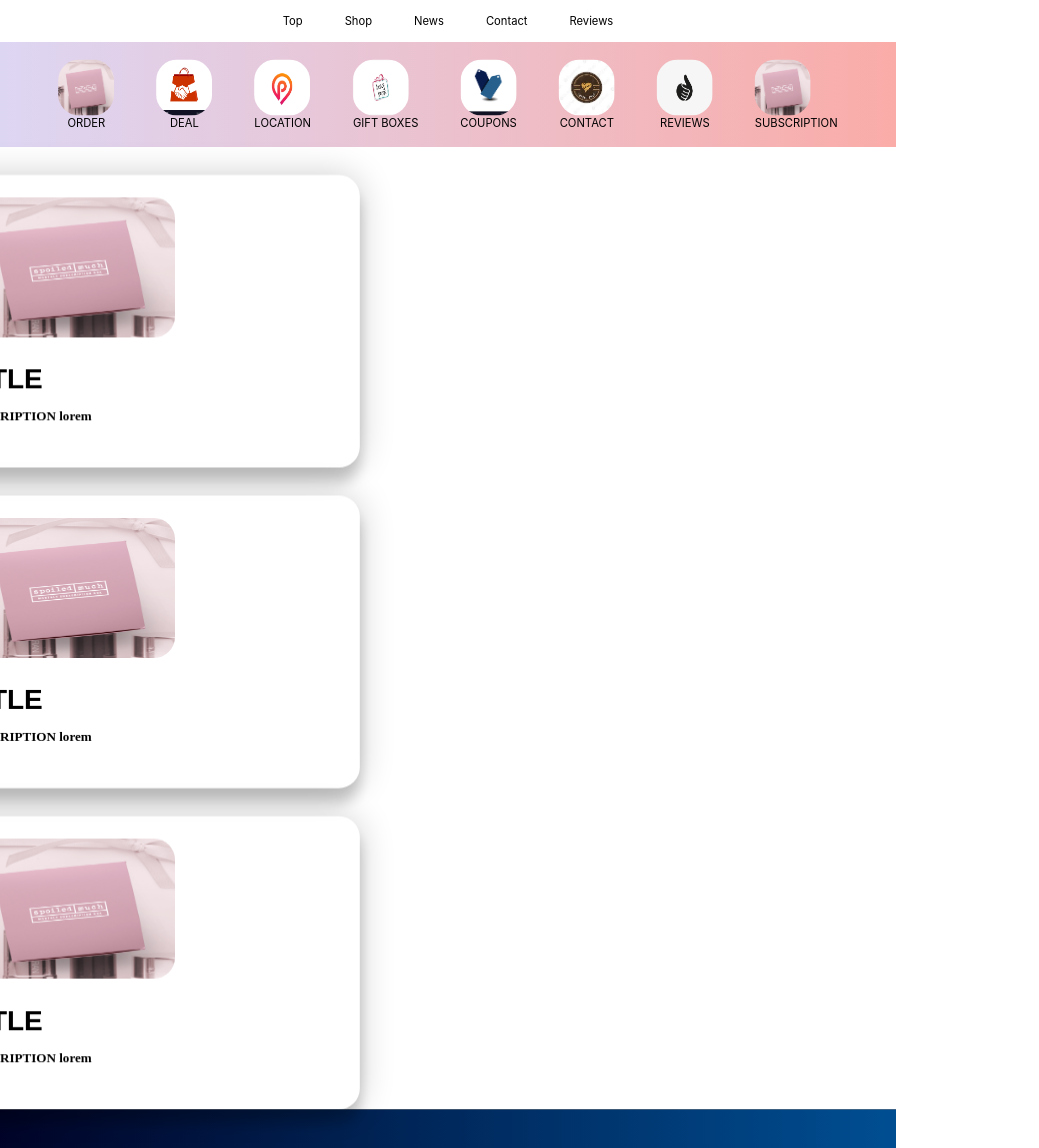
Repository: tusharpasricha/owlsomecoffee
Page: /
An editor plug-in stored every save of this project. The page is shown before and after the next save, followed by the edit.
The browser window is 1280 px wide. The page is 1280 px wide, then 1484 px, so the pictures cover 1484 px, including what lies to the right of the window. The pictures show the part of the page from y = 0 to 1640 px (the page is 3588 px tall before and 3732 px after), at 70% of full size.
Some web fonts or font styles are not loaded; a fallback is used. The project was rebuilt for these pictures with package versions that can differ from the ones it lists, and the page was loaded fresh each time. Also part of the build but not shown: src/components/coupons.css, src/components/coupons.js, src/components/order.css, src/components/order.js, src/components/giftboxes.css, src/components/giftboxes.js, src/components/location.css, src/components/location.js.

Above is the page before, as saved 2021-09-27 22:24:32.

### src/App.js

//import './App.css';
import Navbar from './components/navbar';
import Bar from './components/bar';
import Subs from './components/subscription';
import Review from './components/review';
import Coupons from './components/coupons';
import Order from './components/order';
import Giftboxes from './components/giftboxes';
import Location from './components/location';
import Deal from './components/deal';
import Beforefootor from './components/beforefootor';
import Footor from './components/footor';
import Blank from './components/blank';
import Contact from './components/contact'










function App() {
  return (
    <div className="App">
     <Navbar></Navbar>
     <Blank></Blank>
     <Bar></Bar>
     <Deal></Deal>
     <Review></Review>
     {/* <Order></Order>
     <Location></Location>

     <Giftboxes></Giftboxes>
     <Coupons></Coupons> */}
     <Contact></Contact>
     <Subs></Subs>
     <Beforefootor></Beforefootor>
    <Footor></Footor>
    </div>
  );
}

export default App;

### src/components/navbar.js
import React from 'react'
import './navbar.css'
import {animateScroll as scroll} from 'react-scroll';
const Navbar = () => {
    return (
      <header className="mobileNav">
    <div className="nav">
<ul className="options">
  <li onClick={(()=> scroll.scrollToTop())}>
  Top</li>
  <li><a href="default.asp">Shop</a></li>
  <li><a href="news.asp">News</a></li>
  <li><a href="contact.asp">Contact</a></li>
  <li><a href="about.asp">Reviews</a></li>
</ul>
    </div>
    </header>
    )
}

export default Navbar

### src/components/bar.js
import React from 'react';
import {Link} from 'react-scroll';
import './bar.css';
import order from './order.jpg';
import deal from './deal.jpg';
import location from './location.jpg';
import coupon from './coupon.jpg';
import gift from './gift.jpg';
import review from './review.jpg';
import subscription from './subscription.png';
import logo from './logo.jfif';

const Bar = () => {
    return (
        <div className="bar">
<ul>
  <li> <img src={subscription}></img> <Link to="order" smooth={true} duration={1000}>ORDER</Link></li>
  <li><img src={deal}></img> <Link to="deal" smooth={true} duration={1000}>DEAL</Link></li>
  <li><img src={location}></img> <Link to="location" smooth={true} duration={1000}>LOCATION</Link></li>
  <li><img src={gift}></img> <Link to="giftboxes" smooth={true} duration={1000}>GIFT BOXES</Link></li>
  <li><img src={coupon}></img> <Link to="coupons" smooth={true} duration={1000}>COUPONS</Link></li>
  <li><img src={logo}></img> <Link to="contact" smooth={true} duration={1000}>CONTACT</Link></li>
  <li><img src={review}></img> <Link to="reviews" smooth={true} duration={1000}>REVIEWS</Link></li>
  <li><img src={subscription}></img> <Link to="subs" smooth={true} duration={1000}>SUBSCRIPTION</Link></li>

</ul>
        </div>
    )
}

export default Bar

### src/components/subscription.js
import React from 'react'
import './subscription.css';

const Subs = () => {
    return (

        <div className="subs" id="subs">
        <section>
        <h1>Subscription</h1>
        <p>Fresh Sleepy Owl, every month, at your doorstep. Never run out of coffee again. Skip, pause or cancel your subscription at anytime.</p>
        </section>

        </div>

    )
}

export default Subs

### src/components/review.js
import React from 'react';
import './review.css';

const Review = () => {
    return (
        <div className="reviews" to="reviews">
        <section>
        <h1>REVIEWS</h1>
        <p>Fresh Sleepy Owl, every month, at your doorstep. Never run out of coffee again. Skip, pause or cancel your subscription at anytime.</p>
        </section>
        </div>
    )
}

export default Review

### src/components/deal.js
import React from "react";
import './deal.css';
import subscription from './subscription.png';

const Deal = () => {
    return (
        <>
            <div className="singleContainer">
                <div className="card" >
                    <div className="sneaker">
                        <img src={subscription} className="imga" alt="Socks" />
                    </div>
                    <div className="description">
                        <h2 className="title">TITLE</h2>
                        <h3 className="desc">DESCRIPTION lorem</h3>
                    </div>
                </div>
            </div>
            <div className="singleContainer">
            <div className="card" >
                <div className="sneaker">
                    <img src={subscription} className="imga" alt="Socks" />
                </div>
                <div className="description">
                    <h2 className="title">TITLE</h2>
                    <h3 className="desc">DESCRIPTION lorem</h3>
                </div>
            </div>
        </div>
        <div className="singleContainer">
        <div className="card" >
            <div className="sneaker">
                <img src={subscription} className="imga" alt="Socks" />
            </div>
            <div className="description">
                <h2 className="title">TITLE</h2>
                <h3 className="desc">DESCRIPTION lorem</h3>
            </div>
        </div>
    </div>
    </>
    );
}

export default Deal;

### src/components/beforefootor.js
import React from 'react'
import './beforefootor.css'

const Beforefootor = () => {

    return (
        <div className="beforefootor">
            <section className="info">
                <div className="infopart">
                <p className="tag">Social</p>
                <p className="value">YOUTUBE</p>
                <p className="value">INSTAGRAM</p>
                <p className="value">FACEBOOK</p>
                <p className="value">TWITTER</p>
                </div>
            </section>
            <section className="info">
            <div className="infopart">
                <p className="tag">Contact</p>
                <p className="value">+91 7906438792</p>
                <p className="value">owlsome@gmail.com</p>
                </div>
            </section>
            {/* <section className="info">
                <div className="infopart">
                <p className="tag">Twitter</p>
                <p className="value">Sirjohnson</p>
                </div>
                <div className="infopart">
                <p className="tag">INSTAGRAM</p>
                <p className="value">sirjohnson_socks</p>
                </div>
                <div className="infopart">
                <p className="tag">FACEBOOK</p>
                <p className="value">Sir Johnson Socks</p>
                </div>
            </section> */}


        </div>
    )
}

export default Beforefootor

### src/components/footor.js
import React from 'react'
import './footor.css'

const Footor = () => {
    return (
        <div className="footor">
                owlsome
        </div>
    )
}

export default Footor

### src/components/blank.js
import React from 'react';
import './blank.css';

const Blank = () => {
    return (
        <div className="blank" to="blank">

        </div>
    )
}

export default Blank

### src/components/contact.js
import React from "react";
// import emailjs from 'emailjs-com';
import './contact.css';
// function sendEmail(e){
//     e.preventDefault();
//     console.log('submited')
//     alert("Thank you for your response")

//     emailjs.sendForm('service_v5j0w57', 'template_jckj8km', e.target, 'user_RQy2NQAr1UeMOoaw4Cpgi')
//       .then((result) => {
//           console.log(result.text);
//       }, (error) => {
//           console.log(error.text);
//       });
//       e.target.reset()
// }
const Contact = () => {
    return (
        <>
            <section className="contact" to="contact">
                <form >
                    <label htmlFor="name">Name</label>
                    <input type="text" name="name"/>
                    <label htmlFor="City">City</label>
                    <input type="text" name="city"/>
                    <label htmlFor="email">E-Mail</label>
                    <input type="email" name="email"/>
                    <label>Contact Details</label>
                    <textarea  rows="7" cols="100"  name="message" ></textarea>
                    <button type="submit">Submit</button>
                </form>
            </section>

            </>
    );
    }
export default Contact;

### src/components/navbar.css


.nav{
    position: fixed;
    background-color: rgb(255, 255, 255);
    display: flex;
    justify-content: center;
    height: 60px;
    width: 100%;
    align-items: center;

}
ul{

     display: flex;
     list-style-type: none;
     justify-content: center;
     padding: 2px;
 }
 li{
     padding-right: 40px;
     padding-left: 40px;
 }
 a{
     text-decoration: none;
     color: black;
 }

### src/components/bar.css

.bar{
    background-color: rgba(209, 94, 94, 0.74);
    display: flex;
    justify-content: center;
    height: 150px;
    width: 100%;
    align-items: center;
    background-image: linear-gradient(to right,#ddd6f3,#faaca8);
}
ul{
     display: flex;
     list-style-type: none;
     justify-content: center;
     padding: 2px;
 }
 li{
     display: flex;
     flex-direction: column;
     padding-right: 30px;
     padding-left: 30px;
     text-align: center;

 }
 a{
     text-decoration: none;
     color: black;
 }
img{

    height: 80px;
    width: 80px;
    border-radius: 30px;
}

### src/components/subscription.css
.subs{
    display: flex;
    justify-content: center;
    background-color: rgb(252, 188, 200);
    height: 500px;
    background-image: linear-gradient(to right,#dae2f8,#d6a4a4);
}
section{

    flex-direction: column;
    padding: 100px;
    width: 40%;

}
h1{
    font-size: 50px;
    text-align: center;
    font-weight: bolder;
    padding: 30px;
}
p{
    font-family: 'Trebuchet MS', 'Lucida Sans Unicode', 'Lucida Grande', 'Lucida Sans', Arial, sans-serif;
    text-align: center;
    font-weight: bold;
    font-size: 25px;
}

### src/components/review.css
.reviews{
    background-image: linear-gradient(to right, #000428,#004e92);
    background-color:rgb(0, 0, 0);
    color: white;
    height: 600px;
}

### src/components/deal.css
.cardContainer {
    border: 2px solid red;
    width: 100%;
    margin: auto;
    margin-top: 100px;
    perspective: 1000px;
    padding: 20px 100px;

}

.singleContainer {
    margin-top: 40px;
    display: flex;
    flex-direction: column;
    align-items: center;
    justify-content: center;
    width: 400px;

}

.card {
    transform-style: preserve-3d;
    width: 500px;
    padding: 2rem 4rem;
    border-radius: 30px;
    box-shadow: 0 20px 20px rgba(0, 0, 0, 0.2), 0px 0px 50px rgba(0, 0, 0, 0.2);
}

.imga {
    width: 300px;
    height: 200px;
    z-index: 23;
    transition: all 0.75 ease-in-out;
}

.sneaker {
    margin-bottom: 30px;
    position: relative;
}

.description h2 {
    margin-bottom: 20px;
    font-size: 40px;
    font-family: 'Poppins', sans-serif;
    transition: all 0.75 ease-in-out;
}

.description h3 {
    margin-bottom: 30px;
    font-family: 'Hachi Maru Pop', cursive;
    transition: all 0.75 ease-in-out;
}

### src/components/beforefootor.css
/* @import url('https://fonts.googleapis.com/css2?family=Style+Script&display=swap'); */

.beforefootor{
    background-image: linear-gradient(to right, #000428,#004e92);

    display: flex;
}

.info{
    color: rgba(255, 255, 255, 0.849);
    width: 33.333%;
    text-align: center;
    padding: 10PX;

}

.tag{
    color:rgba(255, 255, 255, 0.918);
    font-family: 'Trebuchet MS', 'Lucida Sans Unicode', 'Lucida Grande', 'Lucida Sans', Arial, sans-serif;
}
.value{
 color: rgba(255, 255, 255, 0.87);
 font-family: 'Trebuchet MS', 'Lucida Sans Unicode', 'Lucida Grande', 'Lucida Sans', Arial, sans-serif;
 font-size: 15px;
}

### src/components/footor.css
@import url('https://fonts.googleapis.com/css2?family=Style+Script&display=swap');

.footor{
    padding: 5px;
    margin-top: 2px;
    text-align: center;
    color: white;
    background-color: black;
    font-Family: 'Style Script';
  font-size: 30px;
  }

### src/components/blank.css
.blank{
    background-color:rgb(207, 162, 162);
    height: 60px;
}

### src/components/contact.css
@import url('https://fonts.googleapis.com/css2?family=Roboto+Mono:wght@500&display=swap');

.contact{

    padding: 30px;
}
form {
    /* border: 2px solid coral; */
    width: 50%;
    margin: auto;
    display: flex;

    flex-direction: column;
    padding: 30px;
    background:  #eaeaea;
    border-radius: 5px;
    font-family: 'Roboto Mono', monospace;
    border-color: #d0d0d0;
    color: #000;
}

form label {
    margin-bottom: 10px;
}

form input {
    margin-bottom: 20px;
    padding: 10px 10px;
    border: 1px solid grey;
    border-radius: 2px;
    background: #fff;
    color: #000;
}

form textarea {
    margin-bottom: 30px;
    background: #fff;
}


form button {
    padding: 20px 10px;
    font-size: 20px;
    margin-bottom: 5px;
    background-color: #004e92;
    color: #fff;
    cursor: pointer;
    border-radius: 1rem;
}
form button:hover{
    color: black;
    background-color: white;
}

Loaded but not shown: public/index.html (common file); src/index.js (common file); src/index.css (common file)

After the next save:
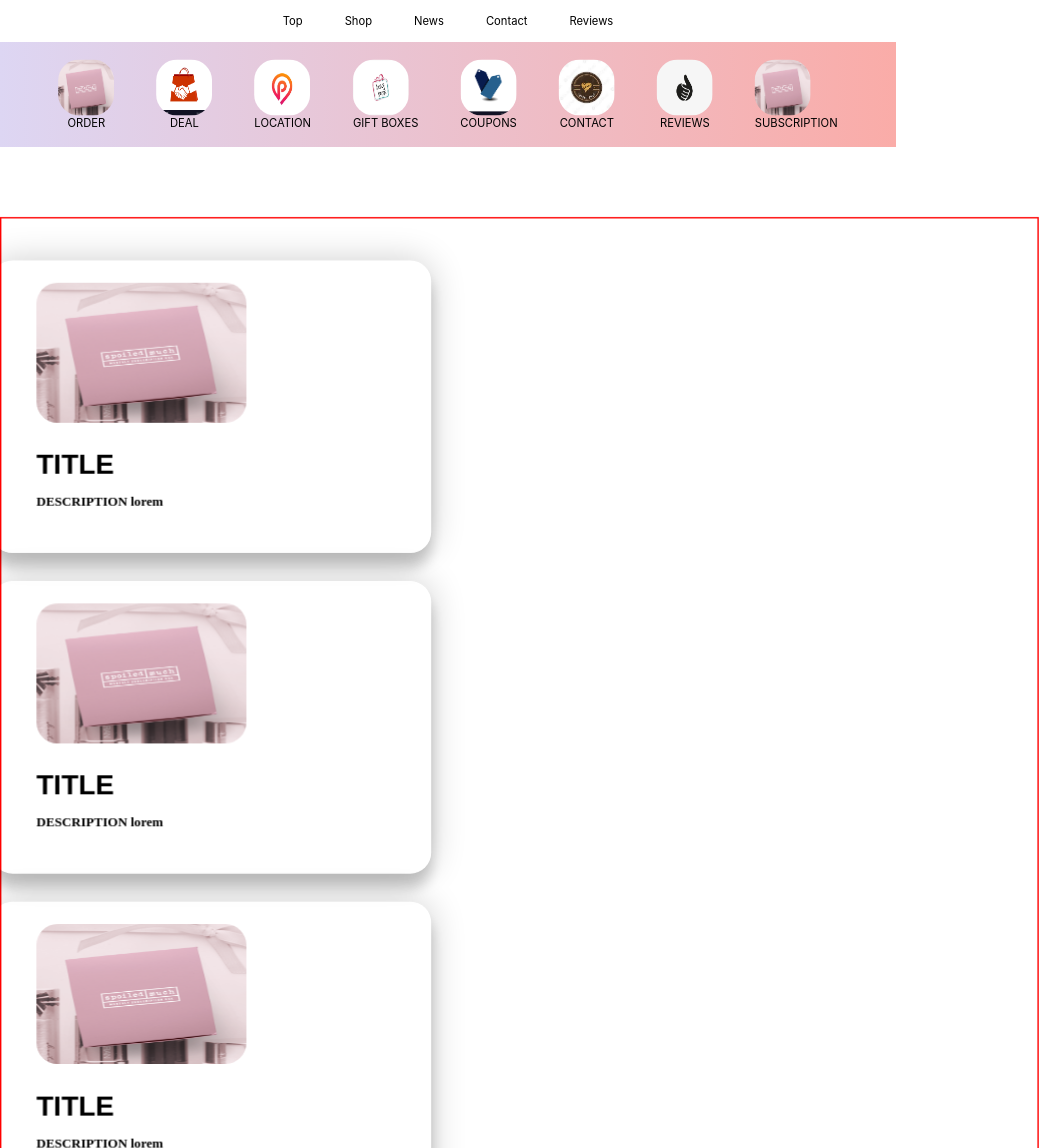
Saved 61 s later.
--- a/src/components/deal.js
+++ b/src/components/deal.js
@@ -5,6 +5,7 @@ import subscription from './subscription.png';
 const Deal = () => {
     return (
         <>
+        <div className="cardContainer">
             <div className="singleContainer">
                 <div className="card" >
                     <div className="sneaker">
@@ -38,6 +39,7 @@ const Deal = () => {
             </div>
         </div>
     </div>
+    </div>
     </>
     );
 }
